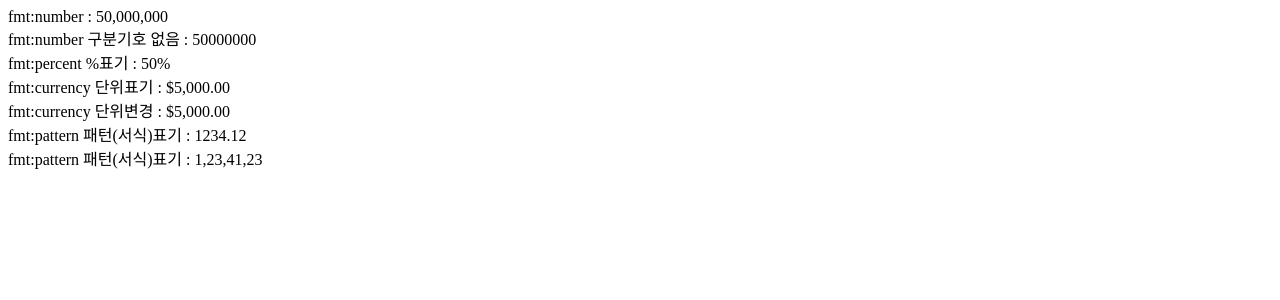
Repository: UnibusK/Java-Study
Page: http://localhost/JSP32/
An editor plug-in stored every save of this project. The page is shown before and after the next save, followed by the edit.
The browser window is 1280 px wide. The pictures show the whole page.
The page is served by Tomcat 9.

Above is the page before, as saved 2023-12-07 07:27:03.

After the next save:
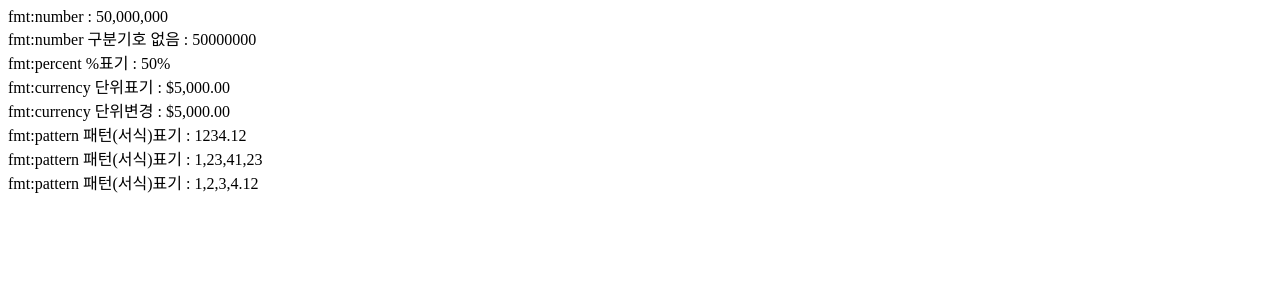
Saved 14 s later.
--- a/JSP/JSP32/src/main/webapp/index.jsp
+++ b/JSP/JSP32/src/main/webapp/index.jsp
@@ -26,5 +26,6 @@
 		<!-- 0.0# : .아래로 0이 붙은 자릿수까지 표현하며 #자리는 데이터가 있는 경우에만 표현한다. -->
 		<!-- 0,00 : 정수부분 뒤에서 숫자 2자리마다 ,가 붙게되어 이것으로 구별한다는 의미-->
 		<!-- 0,0.0# : 정수부분 한자리마다 ,를 붙이고, 소수부분 2째자리 수까지 표현 -->
+				fmt:pattern 패턴(서식)표기 : <fmt:formatNumber value="1234.123" pattern="0,0.0#"></fmt:formatNumber><br>
 	</body>
 </html>
